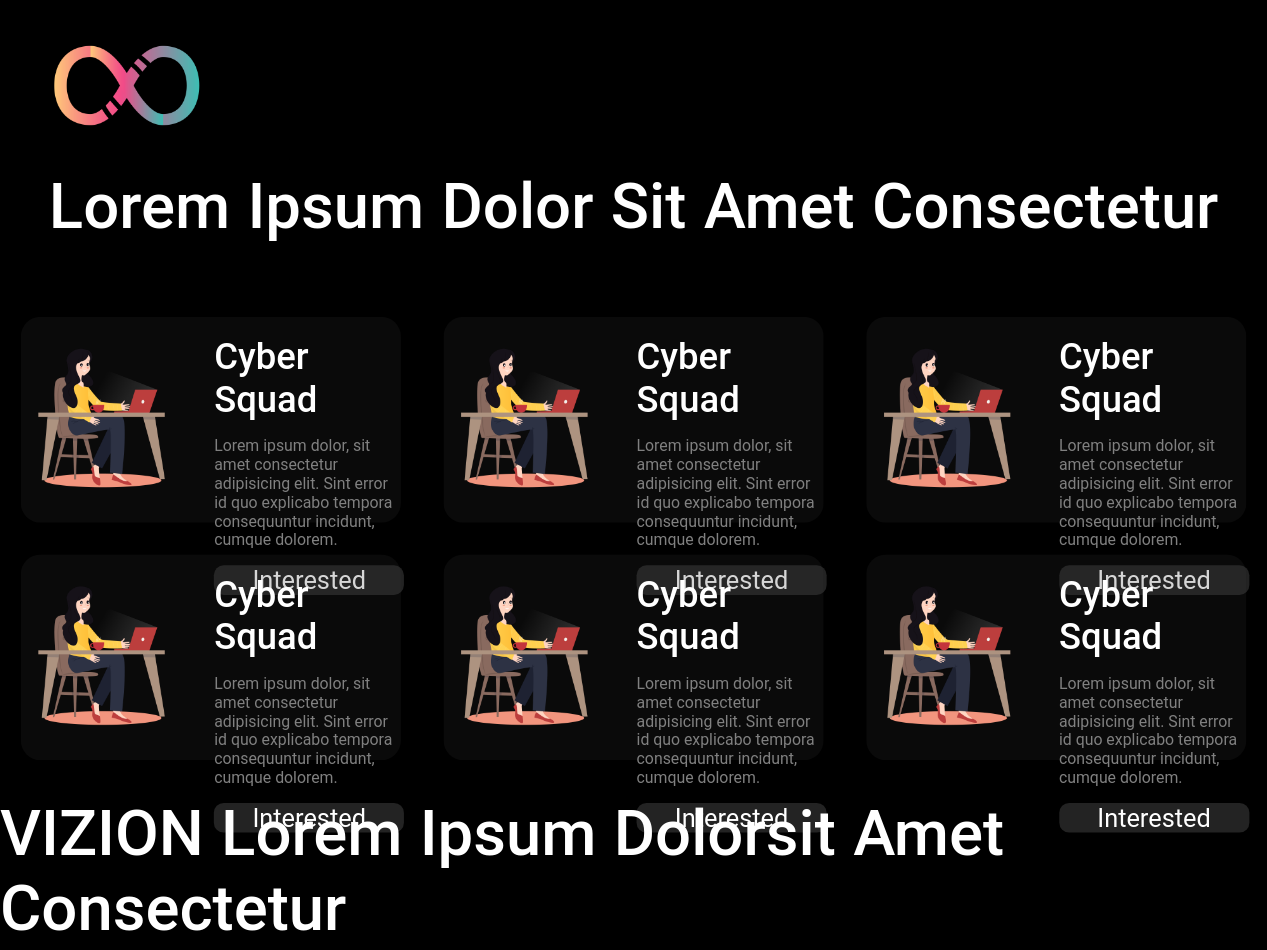
Repository: kapil4457/vizion-internship-project
Page: /
These files come from the project's save history. The page is drawn as it stood at one moment and after the next save; the edit follows.
The browser window is 1280 px wide. The pictures show the whole page, at 99% of full size.
The project was rebuilt for these pictures with package versions that can differ from the ones it lists, and the page was loaded fresh each time. Also part of the build but not shown: src/index.css.

Above is the page before, as saved 2022-10-29 10:31:33.

### public/index.html
<!DOCTYPE html>
<html lang="en">
  <head>
    <meta charset="utf-8" />
    <link rel="icon" href="%PUBLIC_URL%/favicon.ico" />
    <meta name="viewport" content="width=device-width, initial-scale=1" />
    <meta name="theme-color" content="#000000" />
    <meta
      name="description"
      content="Web site created using create-react-app"
    />
    <link rel="preconnect" href="https://fonts.googleapis.com">
    <link rel="apple-touch-icon" href="%PUBLIC_URL%/logo192.png" />
    <!--
      manifest.json provides metadata used when your web app is installed on a
      user's mobile device or desktop. See https://developers.google.com/web/fundamentals/web-app-manifest/
    -->
    <link rel="manifest" href="%PUBLIC_URL%/manifest.json" />
    <!--
      Notice the use of %PUBLIC_URL% in the tags above.
      It will be replaced with the URL of the `public` folder during the build.
      Only files inside the `public` folder can be referenced from the HTML.

      Unlike "/favicon.ico" or "favicon.ico", "%PUBLIC_URL%/favicon.ico" will
      work correctly both with client-side routing and a non-root public URL.
      Learn how to configure a non-root public URL by running `npm run build`.
    -->
    <title>React App</title>
  </head>
  <body>
    <noscript>You need to enable JavaScript to run this app.</noscript>
    <div id="root"></div>
    <!--
      This HTML file is a template.
      If you open it directly in the browser, you will see an empty page.

      You can add webfonts, meta tags, or analytics to this file.
      The build step will place the bundled scripts into the <body> tag.

      To begin the development, run `npm start` or `yarn start`.
      To create a production bundle, use `npm run build` or `yarn build`.
    -->
  </body>
</html>

### src/index.js
import React from 'react';
import ReactDOM from 'react-dom/client';
import './index.css';
import App from './App';
import reportWebVitals from './reportWebVitals';
import { BrowserRouter } from 'react-router-dom';
const root = ReactDOM.createRoot(document.getElementById('root'));
root.render(
  <BrowserRouter >
  <React.StrictMode>
    <App />
  </React.StrictMode>
  </BrowserRouter>
);

// If you want to start measuring performance in your app, pass a function
// to log results (for example: reportWebVitals(console.log))
// or send to an analytics endpoint. Learn more: https://bit.ly/CRA-vitals
reportWebVitals();

### src/App.js
import { Route, Routes } from 'react-router-dom';
import './App.css';
import Header from './components/Header/Header';
import Home from './components/Home/Home';

function App() {
  return (
   <>
<Header />
   <Routes>
<Route exact path='/' element={<Home />} />


   </Routes>



   </>
  );
}

export default App;

### src/App.css
*{
margin:0;
padding:0;
box-sizing: border-box;
font-family: 'Roboto', sans-serif;}

body{
  background-color: black;
  color : white;

}
a{
  text-decoration: none;;
  color:white;
}

.active{
  color:red;
}

body::-webkit-scrollbar {
  display: none;
}

### src/components/Header/Header.jsx
import React from "react";
import { NavLink } from "react-router-dom";
import Logo from "./logo.png";
import MenuIcon from "@mui/icons-material/Menu";
import "./Header.css";
const Header = () => {
  return (
    <div className="main-header">
      <NavLink to="/" className="left-header">
        <img src={Logo} alt="" />
      </NavLink>
      <div className="right-header">
        <NavLink to="/products">Products</NavLink>
        <NavLink to="/club">Club</NavLink>
        <NavLink to="/contact">Get in Touch</NavLink>
      </div>
      <div className="right-ham">
        <MenuIcon />
      </div>
    </div>
  );
};

export default Header;

### src/components/Home/Home.jsx
import React from "react";
import { data } from "../../item";
import "./Home.css";
import HomeCard from "./HomeCard";
const Home = () => {
  return (
    <div className="main-home">
      <h2 className="heading">Lorem ipsum dolor sit amet consectetur</h2>

      <div className="home-card-container">
        {data.map((item, key) => (
          <HomeCard item={item} key={key} />
        ))}
      </div>
      <h2 className="heading">VIZION Lorem Ipsum Dolorsit Amet Consectetur</h2>
    </div>
  );
};

export default Home;

### src/components/Header/Header.css
.main-header{
    height:10rem;
    /* border:1px solid white */
    display:flex;
    justify-content: space-between;
    align-items: center;
    padding:0rem 3rem
}

.main-header > .left-header >img{
    height:10rem;

}

.main-header > .right-header
{
    display:none;
    gap:4rem;
    font-size:1.5rem;
    font-weight:550;
}

.main-header > .right-header>a{
    height:4rem;
    width:10rem;
    display:flex;
    justify-content: center;
   align-items: center;
   border-radius:10px;
   box-shadow: 0px 0px 10px rgba(243, 238, 238,0.5);
   transition: all 0.2s;
}
.main-header > .right-header>a:hover{

    box-shadow: 0px 0px 20px rgba(243, 238, 238,0.5);
    transform: scale(1.01);
   }

   .right-ham>svg{
    font-size:3rem;

   }


   @media (min-width:768px){
    .right-header{
        display:flex;
    }
    .right-ham{
        display:none;
    }
   }

### src/item.js
export const data = [
    {
        title : "Cyber Squad",
        description : "Lorem ipsum dolor, sit amet consectetur adipisicing elit. Sint error id quo explicabo tempora consequuntur incidunt, cumque dolorem.        "
    },
    {
        title : "Cyber Squad",
        description : "Lorem ipsum dolor, sit amet consectetur adipisicing elit. Sint error id quo explicabo tempora consequuntur incidunt, cumque dolorem.        "
    },
    {
        title : "Cyber Squad",
        description : "Lorem ipsum dolor, sit amet consectetur adipisicing elit. Sint error id quo explicabo tempora consequuntur incidunt, cumque dolorem.        "
    },
    {
        title : "Cyber Squad",
        description : "Lorem ipsum dolor, sit amet consectetur adipisicing elit. Sint error id quo explicabo tempora consequuntur incidunt, cumque dolorem.        "
    },
    {
        title : "Cyber Squad",
        description : "Lorem ipsum dolor, sit amet consectetur adipisicing elit. Sint error id quo explicabo tempora consequuntur incidunt, cumque dolorem.        "
    },
    {
        title : "Cyber Squad",
        description : "Lorem ipsum dolor, sit amet consectetur adipisicing elit. Sint error id quo explicabo tempora consequuntur incidunt, cumque dolorem.        "
    }
]

### src/components/Home/Home.css
.main-home{
    color:white;
    width:100%;
    display: flex;
    flex-direction: column;
    gap:4rem;
    margin-bottom: 2rem;
}

.main-home > h2{
    width:100%;
    height:6rem;
    display: flex;
    justify-content: center;
    align-items:center;
    font-size:4rem;
    word-spacing: 0.1rem;
    font-weight:450;
    text-transform: capitalize;

}


.main-home > .home-card-container{
    display:grid;
    grid-template-columns: 1fr 1fr 1fr;
    row-gap: 2rem;
    place-items: center;
}

### src/components/Home/HomeCard.jsx
import React from "react";
import "./HomeCard.css";
import Image from "./cardImage.png";
const HomeCard = ({ item }) => {
  return (
    <div className="home-card">
      <img src={Image} alt="" />
      <div className="card-info">
        <h2>{item.title}</h2>
        <p>{item.description}</p>
        <button>Interested</button>
      </div>
    </div>
  );
};

export default HomeCard;

### src/components/Home/HomeCard.css
.home-card{
    width:90%;
    height:13rem;
    display:flex;
    gap:1rem;
    padding-top:1rem;
    background-color: rgba(51, 50, 50, 0.2);
    border-radius: 20px;
    border:3px solid rgba(51, 50, 50, 0.0);
    transition: all 0.4s;

}
.home-card:hover{
    border:3px solid blue;
}
.home-card>img{
    height:10rem;

}
.home-card > .card-info{
    display:flex;
    flex-direction: column;
    gap:1rem;
    padding:0 1rem;
    align-items: center;

}
.home-card > .card-info > h2{
    font-size: 2.3rem;
    font-weight: 450;
}
.home-card > .card-info > p{
    color:gray
}
.home-card > .card-info > button{
    background-color: rgba(51, 50, 50, 0.7);
    border:none;
    outline:none;
    width:12rem;
    border-radius: 10px;
    font-size:1.6rem;
    color:white;
    height:3rem;
    transition: all 0.4s;
    cursor:pointer;
}
.home-card > .card-info > button:hover{

    background-color: rgba(51, 50, 50, 0.9);
}

Loaded but not shown: src/reportWebVitals.js (common file)

After the next save:
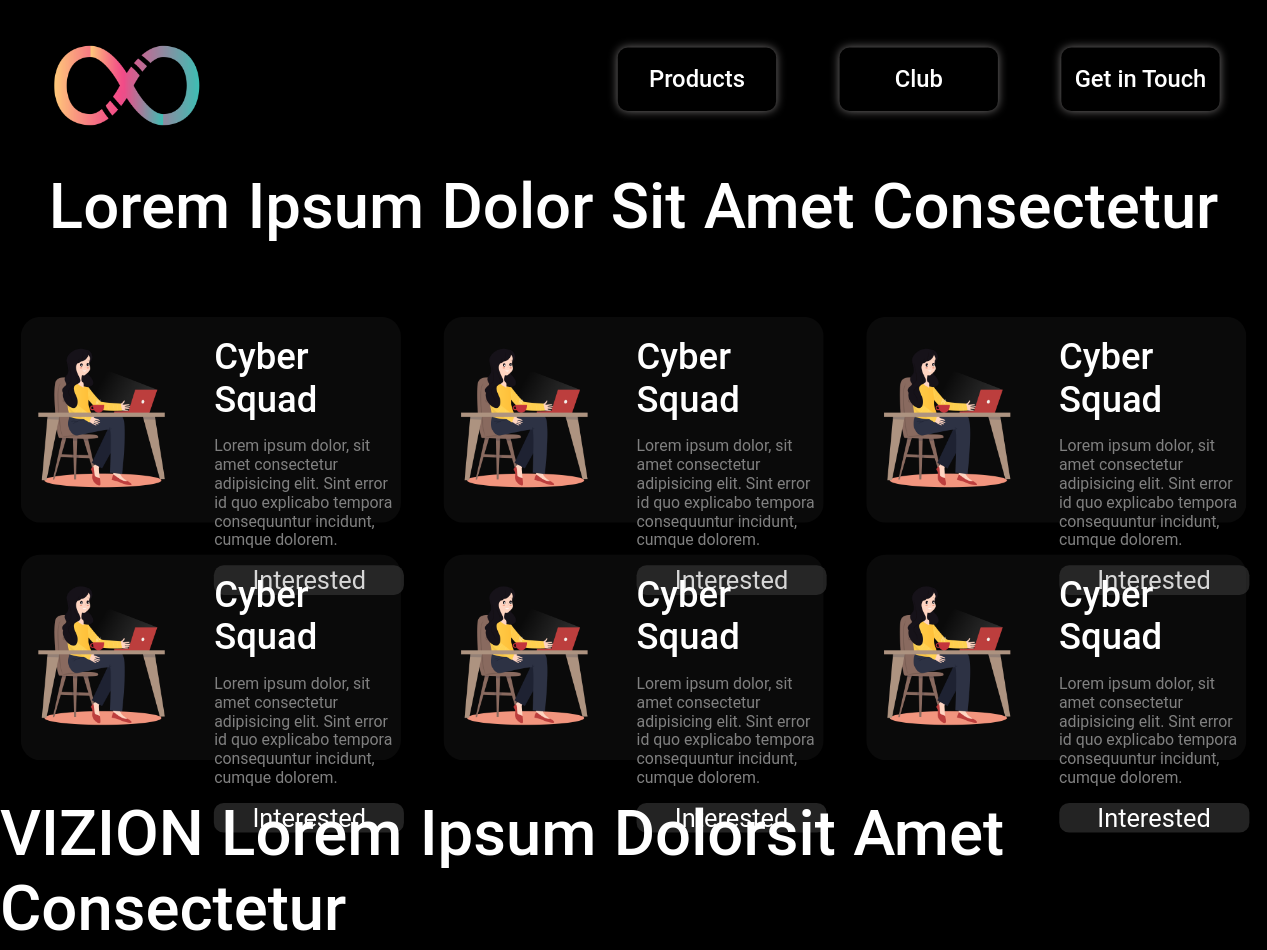
Saved 4 s later.
--- a/src/components/Header/Header.css
+++ b/src/components/Header/Header.css
@@ -14,7 +14,7 @@
 
 .main-header > .right-header
 {
-    display:none;
+    display:flex;
     gap:4rem;
     font-size:1.5rem;
     font-weight:550;
